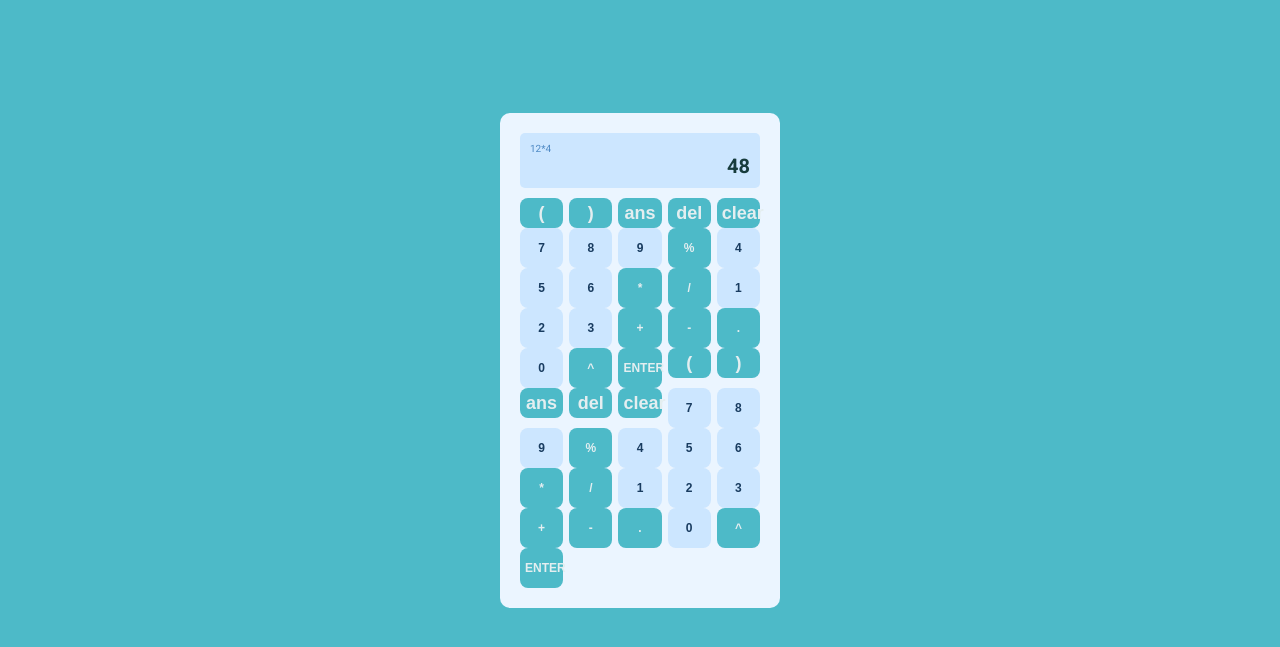
Repository: Herinyhert/Calculate-infix-a-postfix
Page: index.html
These files come from the project's save history. The page is drawn as it stood at one moment and after a run of saves; the edit follows.
The browser window is 1280 px wide. The pictures show the whole page.

Above is the page before, as saved 2023-11-02 19:55:20.

### index.html
<html lang="en">
  <head>
    <meta charset="UTF-8" />
    <meta http-equiv="X-UA-Compatible" content="IE=edge" />
    <meta name="viewport" content="width=device-width, initial-scale=1.0" />
    <title>Calculator</title>
    <link rel="preconnect" href="https://fonts.googleapis.com" />
    <link rel="preconnect" href="https://fonts.gstatic.com" crossorigin />
    <link
      href="https://fonts.googleapis.com/css2?family=Roboto:wght@300;400;500;700&display=swap"
      rel="stylesheet"
    />
    <link rel="stylesheet" href="css/index.css" />
  </head>
  <body>
    <div class="caculate-container">
      <div class="calculator-result-preview">
        <div id="operation">12*4</div>
        <div id="operation-result">48</div>
      </div>
      <div id="calculator-buttons"></div>
    </div>
    <script src="js/index.js" type="module"></script>
  </body>
</html>

### css/index.css
body {
  display: flex;
  justify-content: center;
  align-items: center;
  min-height: 100vh;
  background-color: #4dbac8;
  box-sizing: border-box;
  margin: 0;
  padding: 0;
  font-family: "Roboto", sans-serif;
}
.caculate-container {
  background-color: #ebf5ff;
  padding: 20px;
  border-radius: 10px;
  width: 240px;
}
.calculator-result-preview {
  background-color: #cce6ff;
  width: auto;
  border-radius: 5px;
  padding: 10px;
}
#operation {
  color: #4f8ac5;
  font-size: 10px;
}
#operation-result {
  color: #173c3d;
  font-size: 20px;
  font-weight: bold;
  display: flex;
  justify-content: flex-end;
}
#calculator-buttons {
  display: flex;
  justify-content: space-between;
  margin-top: 10px;
  flex-wrap: wrap;
}
.button {
  background-color: #cce6ff;
  padding: 5px;
  border-radius: 8px;
  width: 18%;
  height: 40px;
  border: 0;
  color: #193c60;
  font-weight: bold;
  font-size: 12px;
}
.dark {
  background-color: #4dbac8;
  color: #e4eef0;
}
.small {
  height: 30px;
  font-size: 18px;
}
.large{

}

### js/index.js
import { buttons } from './buttons.js';
const buttonContainer = document.getElementById('calculator-buttons');
buttons.forEach(button => {
    const buttonElement = document.createElement('button');
    buttonElement.className = button.className;
    buttonElement.innerText = button.value.toString();
    buttonContainer.appendChild(buttonElement);
});

### js/buttons.js
import { calculate } from "./calculator.js";
let operation = "";
const operationContainer = document.getElementById("operation");
const operationResult = document.getElementById("operation-result");
const buttonContainer = document.getElementById("calculator-buttons");
function addValue(value) {
    operation += value;
    operationContainer.innerHTML = operation;
}
function handleCalculate(operation) {
    operationResult.innerHTML = calculate(operation).toString();
}
function handleClear() {
    operation = "";
    operationContainer.innerHTML = "";
    operationResult.innerHTML = "0";
}
function handleDelete() {
    operation = operation.slice(0, operation.length - 1);
    operationContainer.innerHTML = operation;
}
export const buttons = [
    {
        value: "(",
        className: "button small dark",
        action: addValue,
    },
    {
        value: ")",
        className: "button small dark",
        action: addValue,
    },
    {
        value: "ans",
        className: "button small dark",
        action: addValue,
    },
    {
        value: "del",
        className: "button small dark",
        action: handleDelete,
    },
    {
        value: "clear",
        className: "button small dark",
        action: handleClear,
    },
    {
        value: "7",
        className: "button",
        action: addValue,
    },
    {
        value: "8",
        className: "button",
        action: addValue,
    },
    {
        value: "9",
        className: "button",
        action: addValue,
    },
    {
        value: "%",
        className: "button dark large",
        action: addValue,
    },
    //   {
    //     value: "√",
    //     className: "button dark",
    //     action: addValue,
    //   },
    {
        value: "4",
        className: "button",
        action: addValue,
    },
    {
        value: "5",
        className: "button",
        action: addValue,
    },
    {
        value: "6",
        className: "button",
        action: addValue,
    },
    {
        value: "*",
        className: "button dark",
        action: addValue,
    },
    {
        value: "/",
        className: "button dark",
        action: addValue,
    },
    {
        value: "1",
        className: "button",
        action: addValue,
    },
    {
        value: "2",
        className: "button",
        action: addValue,
    },
    {
        value: "3",
        className: "button",
        action: addValue,
    },
    {
        value: "+",
        className: "button dark",
        action: addValue,
    },
    {
        value: "-",
        className: "button dark",
        action: addValue,
    },
    {
        value: ".",
        className: "button dark",
        action: addValue,
    },
    {
        value: "0",
        className: "button",
        action: addValue,
    },
    {
        value: "^",
        className: "button dark",
        action: addValue,
    },
    {
        value: "ENTER",
        className: "button dark large",
        action: handleCalculate,
    },
];
buttons.forEach((button) => {
    const buttonElement = document.createElement("button");
    buttonElement.className = button.className;
    buttonElement.innerText = button.value.toString();
    if (button.value === "ENTER") {
        buttonElement.addEventListener("click", () => button.action(operation));
    }
    else {
        buttonElement.addEventListener("click", () => button.action(button.value.toLocaleString()));
    }
    buttonContainer === null || buttonContainer === void 0 ? void 0 : buttonContainer.appendChild(buttonElement);
});

### js/calculator.js
import { OPERATORS } from "./enums/operators.js";
const OPERAND_STACK = [];
const OPERATOR_STACK = [];
function isOperator(operator) {
    return (operator === OPERATORS.POW ||
        operator === OPERATORS.MINUS ||
        operator === OPERATORS.PLUS ||
        operator === OPERATORS.MULTIPLY ||
        operator === OPERATORS.DIVIDE ||
        operator === OPERATORS.MODULE);
}
function getProcedence(operator) {
    if (operator === OPERATORS.POW) {
        return 3;
    }
    else if (operator === OPERATORS.MULTIPLY ||
        operator === OPERATORS.DIVIDE ||
        operator === OPERATORS.MODULE) {
        return 2;
    }
    else if (operator === OPERATORS.PLUS || operator === OPERATORS.MINUS) {
        return 1;
    }
    return -1;
}
const action = {
    [OPERATORS.DIVIDE]: (leftNumber, rightNumber) => rightNumber / leftNumber,
    [OPERATORS.PLUS]: (leftNumber, rightNumber) => leftNumber + rightNumber,
    [OPERATORS.MINUS]: (leftNumber, rightNumber) => rightNumber - leftNumber,
    [OPERATORS.MULTIPLY]: (leftNumber, rightNumber) => leftNumber * rightNumber,
    [OPERATORS.MODULE]: (leftNumber, rightNumber) => leftNumber % rightNumber,
    [OPERATORS.POW]: (leftNumber, rightNumber) => Math.pow(leftNumber, rightNumber),
};
function calculateOperation() {
    const leftSideNumber = OPERATOR_STACK.pop(); //2
    const operation = OPERAND_STACK.pop(); //+
    const rightSideNumber = OPERATOR_STACK.pop(); //2
    return action[operation](leftSideNumber, rightSideNumber);
}
function evaluateExpression(expression) {
    for (let i = 0; i < expression.length; i++) {
        let currentOperation = expression[i];
        if (!isNaN(Number(currentOperation))) {
            let currentNumber = "";
            while (!isNaN(Number(currentOperation))) {
                currentNumber = `${currentNumber}${currentOperation}`;
                i++;
                if (i < expression.length) {
                    currentOperation = expression.charAt(i);
                }
                else {
                    break;
                }
            }
            i--;
            OPERATOR_STACK.push(Number(currentNumber));
        }
        else if (currentOperation === "(") {
            OPERAND_STACK.push(currentOperation);
        }
        else if (currentOperation === ")") {
            while (OPERAND_STACK[OPERAND_STACK.length - 1] !== "(") {
                const output = calculateOperation();
                OPERATOR_STACK.push(output);
            }
            OPERAND_STACK.pop();
        }
        else if (isOperator(currentOperation)) {
            while (OPERAND_STACK.length !== 0 &&
                getProcedence(currentOperation) <=
                    getProcedence(OPERAND_STACK[OPERAND_STACK.length - 1])) {
                const output = calculateOperation();
                OPERATOR_STACK.push(output);
            }
            OPERAND_STACK.push(currentOperation);
        }
    }
    while (OPERAND_STACK.length !== 0) {
        const output = calculateOperation();
        OPERATOR_STACK.push(output);
    }
    return OPERATOR_STACK.pop();
}
export function calculate(operation) {
    return evaluateExpression(operation);
}

### js/enums/operators.js
export var OPERATORS;
(function (OPERATORS) {
    OPERATORS["PLUS"] = "+";
    OPERATORS["MINUS"] = "-";
    OPERATORS["MULTIPLY"] = "*";
    OPERATORS["DIVIDE"] = "/";
    OPERATORS["SQUARE_ROOT"] = "\u221A";
    OPERATORS["MODULE"] = "%";
    OPERATORS["POW"] = "^";
})(OPERATORS || (OPERATORS = {}));

After the next 3 saves:
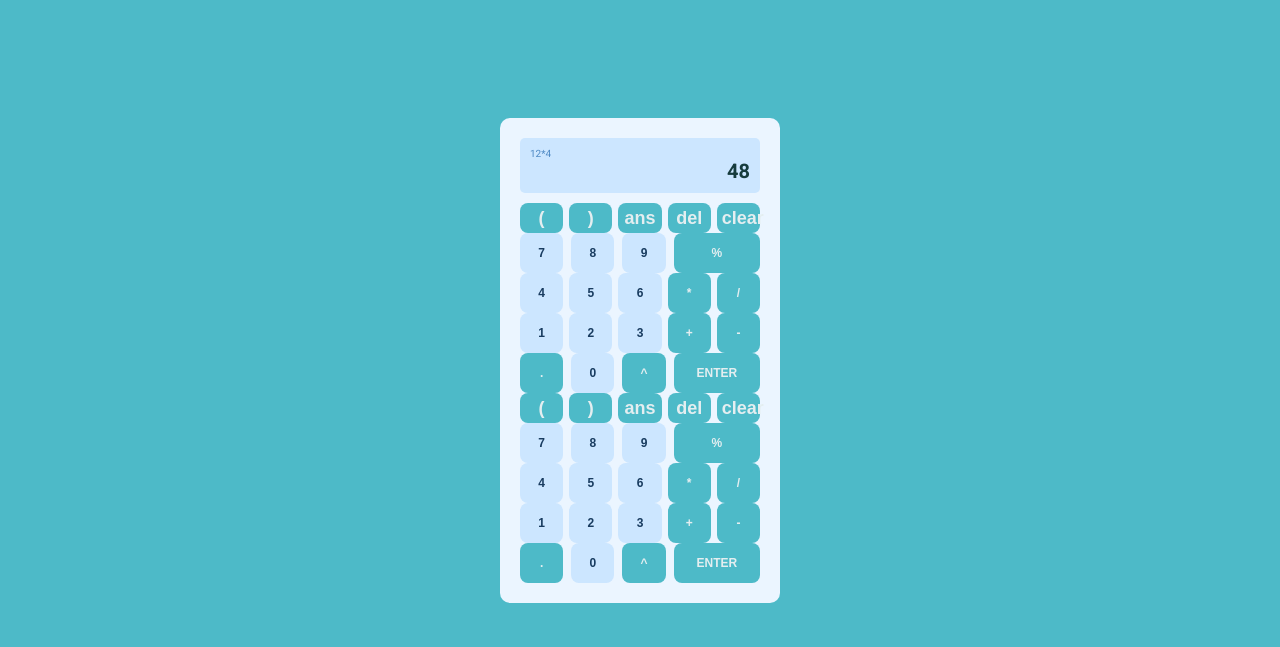
The 3 saves are shown as one change because they came seconds apart.
The last was saved 19 s later.
--- a/css/index.css
+++ b/css/index.css
@@ -58,5 +58,5 @@ body {
   font-size: 18px;
 }
 .large{
-
+    width: 36%;
 }
